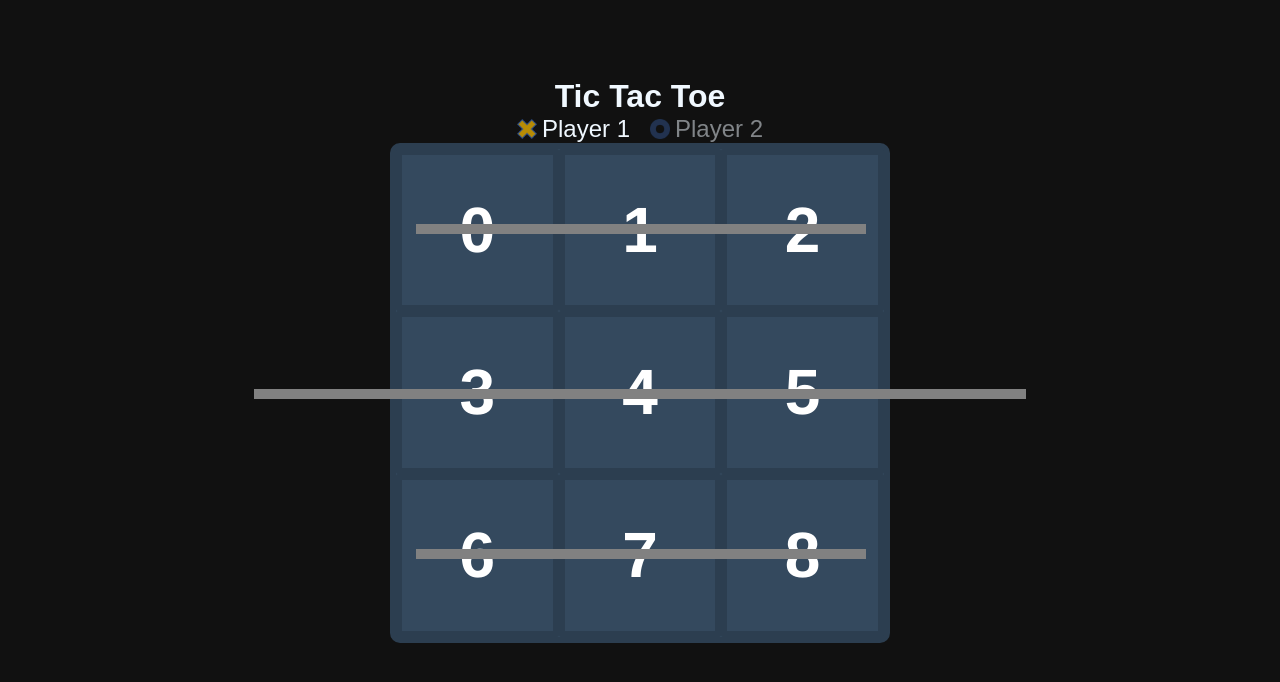
Repository: richardlieknis/tictactoe
Page: index.html
These files come from the project's save history. The page is drawn as it stood at one moment and after the next save; the edit follows.
The browser window is 1280 px wide. The pictures show the whole page.

Above is the page before, as saved 2022-12-08 16:01:57.

After the next save:
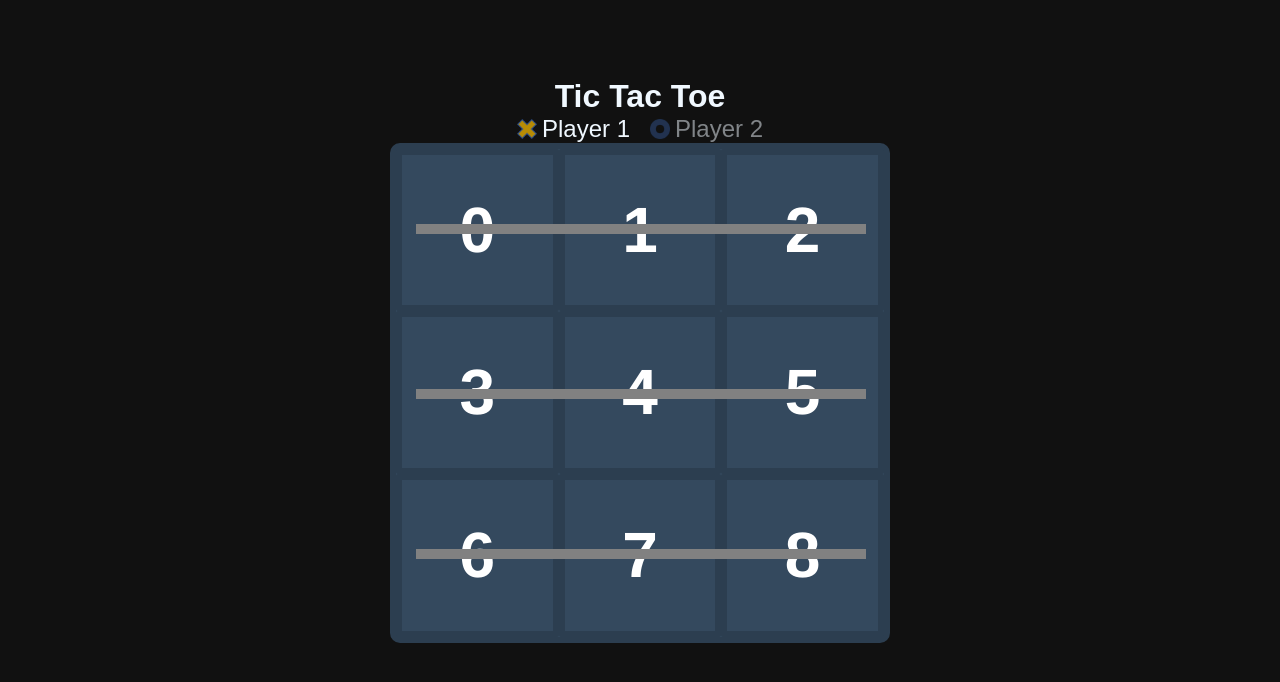
Saved 27 s later.
--- a/index.html
+++ b/index.html
@@ -37,9 +37,9 @@
                 <div id="line0" class="line" style="top: 75px; left: 20px"></div>
                 <div id="line1" class="line" style="top: 240px; left: 20px"></div>
                 <div id="line2" class="line" style="top: 400px; left: 20px"></div>
-                <div id="line3" class="line" style="top: 240px; right: 180px"></div>
-                <div id="line4" class="line" style="top: 240px; right: 20px"></div>
-                <div id="line5" class="line" style="top: 240px; left: 180px"></div>
+                <div id="line3" class="line make-vertical" style="top: 240px; right: 180px"></div>
+                <div id="line4" class="line make-vertical" style="top: 240px; right: 20px"></div>
+                <div id="line5" class="line make-vertical" style="top: 240px; left: 180px"></div>
                 <div id="line6" class="line" style="top: 240px; right: 20px; transform: rotate(45deg) scaleX(0)"></div>
                 <div id="line7" class="line" style="top: 240px; right: 20px; transform: rotate(-45deg) scaleX(0)"></div>
             </div>
